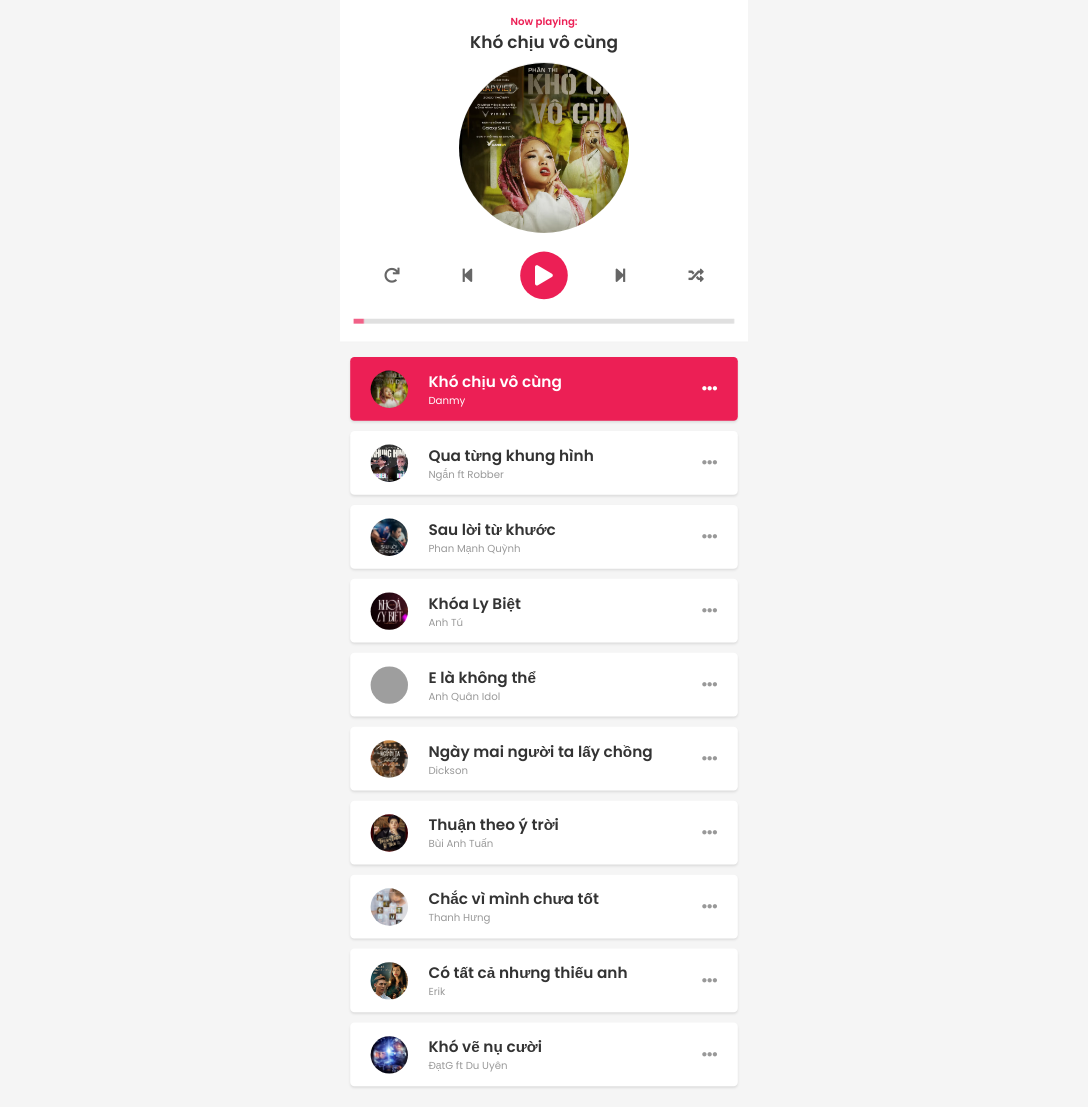
Repository: vothanhdiennn/music-player
Page: index.html
The author's editor kept a copy of each file at every save. The page is drawn from the files as they stood at one save, then again after the next save.
The browser window is 1280 px wide. The pictures show the whole page, at 85% of full size.
Pictures or frames that could not be fetched are drawn as grey boxes.

Above is the page before, as saved 2024-12-05 22:41:03.

### index.html
<!DOCTYPE html>
<html lang="en">
  <head>
    <meta charset="UTF-8" />
    <meta name="viewport" content="width=device-width, initial-scale=1.0" />
    <title>Music Player</title>
    <link rel="stylesheet" href="./assets/css/main.css" />
    <link
      rel="stylesheet"
      href="https://cdnjs.cloudflare.com/ajax/libs/font-awesome/5.15.2/css/all.min.css"
      integrity="sha512-HK5fgLBL+xu6dm/Ii3z4xhlSUyZgTT9tuc/hSrtw6uzJOvgRr2a9jyxxT1ely+B+xFAmJKVSTbpM/CuL7qxO8w=="
      crossorigin="anonymous"
    />
    <link rel="preconnect" href="https://fonts.gstatic.com" />
    <link
      href="https://fonts.googleapis.com/css2?family=Poppins:wght@300;400;600&display=swap"
      rel="stylesheet"
    />
  </head>
  <body>
    <div class="player">
      <!-- Dashboard -->
      <div class="dashboard">
        <!-- Header -->
        <header>
          <h4>Now playing:</h4>
          <h2>String 57th & 9th</h2>
        </header>

        <!-- CD -->
        <div class="cd">
          <div
            class="cd-thumb"
            style="
              background-image: url('https://i.ytimg.com/vi/jTLhQf5KJSc/maxresdefault.jpg');
            "
          ></div>
        </div>

        <!-- Control -->
        <div class="control">
          <div class="btn btn-repeat">
            <i class="fas fa-redo"></i>
          </div>
          <div class="btn btn-prev">
            <i class="fas fa-step-backward"></i>
          </div>
          <div class="btn btn-toggle-play">
            <i class="fas fa-pause icon-pause"></i>
            <i class="fas fa-play icon-play"></i>
          </div>
          <div class="btn btn-next">
            <i class="fas fa-step-forward"></i>
          </div>
          <div class="btn btn-random">
            <i class="fas fa-random"></i>
          </div>
        </div>

        <input
          id="progress"
          class="progress"
          type="range"
          value="0"
          step="1"
          min="0"
          max="100"
        />

        <audio id="audio" src=""></audio>
      </div>

      <!-- Playlist -->
      <div class="playlist"></div>
    </div>

    <!-- Design from: https://static.collectui.com/shots/3671744/musicloud-revolutionary-app-for-music-streaming-large -->

    <script src="./assets/js/app.js"></script>
  </body>
</html>

### assets/css/main.css
:root {
  --primary-color: #ec1f55;
  --text-color: #333;
}

* {
  padding: 0;
  margin: 0;
  box-sizing: inherit;
}

body {
  background-color: #f5f5f5;
}

html {
  box-sizing: border-box;
  font-family: "Poppins", sans-serif;
}

.player {
  position: relative;
  max-width: 480px;
  margin: 0 auto;
}

.player .icon-pause {
  display: none;
}

.player.playing .icon-pause {
  display: inline-block;
}

.player.playing .icon-play {
  display: none;
}

.dashboard {
  padding: 16px 16px 14px;
  background-color: #fff;
  position: fixed;
  top: 0;
  width: 100%;
  max-width: 480px;
  border-bottom: 1px solid #ebebeb;
}

/* HEADER */
header {
  text-align: center;
  margin-bottom: 10px;
}

header h4 {
  color: var(--primary-color);
  font-size: 12px;
}

header h2 {
  color: var(--text-color);
  font-size: 20px;
}

/* CD */
.cd {
  display: flex;
  margin: auto;
  width: 200px;
}

.cd-thumb {
  width: 100%;
  padding-top: 100%;
  border-radius: 50%;
  background-color: #333;
  background-size: cover;
  margin: auto;
}

/* CONTROL */
.control {
  display: flex;
  align-items: center;
  justify-content: space-around;
  padding: 18px 0 8px 0;
}

.control .btn {
  color: #666;
  padding: 18px;
  font-size: 18px;
}

.control .btn.active {
  color: var(--primary-color);
}

.control .btn-toggle-play {
  width: 56px;
  height: 56px;
  border-radius: 50%;
  font-size: 24px;
  color: #fff;
  display: flex;
  align-items: center;
  justify-content: center;
  background-color: var(--primary-color);
}

.progress {
  width: 100%;
  -webkit-appearance: none;
  height: 6px;
  background: #d3d3d3;
  outline: none;
  opacity: 0.7;
  -webkit-transition: 0.2s;
  transition: opacity 0.2s;
}

.progress::-webkit-slider-thumb {
  -webkit-appearance: none;
  appearance: none;
  width: 12px;
  height: 6px;
  background-color: var(--primary-color);
  cursor: pointer;
}

/* PLAYLIST */
.playlist {
  margin-top: 408px;
  padding: 12px;
}

.song {
  display: flex;
  align-items: center;
  margin-bottom: 12px;
  background-color: #fff;
  padding: 8px 16px;
  border-radius: 5px;
  box-shadow: 0 2px 3px rgba(0, 0, 0, 0.1);
}

.song.active {
  background-color: var(--primary-color);
}

.song:active {
  opacity: 0.8;
}

.song.active .option,
.song.active .author,
.song.active .title {
  color: #fff;
}

.song .thumb {
  width: 44px;
  height: 44px;
  border-radius: 50%;
  background-size: cover;
  margin: 0 8px;
}

.song .body {
  flex: 1;
  padding: 0 16px;
}

.song .title {
  font-size: 18px;
  color: var(--text-color);
}

.song .author {
  font-size: 12px;
  color: #999;
}

.song .option {
  padding: 16px 8px;
  color: #999;
  font-size: 18px;
}

### assets/js/app.js
/**
 * render songs
 * scroll top
 * play / pause / seek
 * cd rotate
 * next / prev
 * random
 * next / repeat when ended
 * active songs
 * scroll active song into view
 * play song when click
 */

const $ = document.querySelector.bind(document);
const $$ = document.querySelectorAll.bind(document);

const PLAYER_STORAGE_KEY = "THANH_DIEN_PLAYER";

const playlist = $(".playlist");

const cd = $(".cd");

const player = $(".player");

const heading = $("header h2");
const cdThumb = $(".cd-thumb");
const audio = $("#audio");

const playBtn = $(".btn-toggle-play");
const progress = $("#progress");

const nextBtn = $(".btn-next");
const prevBtn = $(".btn-prev");
const randomBtn = $(".btn-random");
const repeatBtn = $(".btn-repeat");

const app = {
  currentIndex: 0,
  isPlaying: false,
  isRandom: false,
  isRepeat: false,

  settings: JSON.parse(localStorage.getItem(PLAYER_STORAGE_KEY)) || {},

  songs: [
    {
      name: "Khó chịu vô cùng",
      singer: "Danmy",
      path: "/assets/music/song1.mp3",
      image: "/assets/img/img1.png",
    },
    {
      name: "Qua từng khung hình",
      singer: "Ngắn ft Robber",
      path: "/assets/music/song2.mp3",
      image: "/assets/img/img2.png",
    },
    {
      name: "Sau lời từ khước",
      singer: "Phan Mạnh Quỳnh",
      path: "/assets/music/song3.mp3",
      image: "/assets/img/img3.jpg",
    },
    {
      name: "Khóa Ly Biệt",
      singer: "Anh Tú",
      path: "/assets/music/song4.mp3",
      image: "/assets/img/img4.jpg",
    },
    {
      name: "E là không thể",
      singer: "Anh Quân Idol",
      path: "/assets/music/song5.mp3",
      image: "/assets/img/img5.jpg",
    },
    {
      name: "Ngày mai người ta lấy chồng",
      singer: "Dickson",
      path: "/assets/music/song6.mp3",
      image: "/assets/img/img6.jpg",
    },
    {
      name: "Thuận theo ý trời",
      singer: "Bùi Anh Tuấn",
      path: "/assets/music/song7.mp3",
      image: "/assets/img/img7.jpg",
    },
    {
      name: "Chắc vì mình chưa tốt",
      singer: " Thanh Hưng",
      path: "/assets/music/song8.mp3",
      image: "/assets/img/img8.jpg",
    },
    {
      name: "Có tất cả nhưng thiếu anh",
      singer: "Erik",
      path: "/assets/music/song9.mp3",
      image: "/assets/img/img9.jpg",
    },
    {
      name: "Khó vẽ nụ cười",
      singer: "ĐạtG ft Du Uyên",
      path: "/assets/music/song10.mp3",
      image: "/assets/img/img10.jpg",
    },
  ],

  render: function () {
    const htmls = this.songs.map((song, index) => {
      return `
      <div class="song ${
        index === this.currentIndex ? "active" : ""
      }" data-index="${index}">
          <div
            class="thumb"
            style="background-image: url('${song.image}')">
          </div>
          <div class="body">
            <h3 class="title">${song.name}</h3>
            <p class="author">${song.singer}</p>
          </div>
          <div class="option">
            <i class="fas fa-ellipsis-h"></i>
          </div>
        </div>
      `;
    });
    playlist.innerHTML = htmls.join("");
  },

  defineProperties: function () {
    Object.defineProperty(this, "currentSong", {
      get: function () {
        return this.songs[this.currentIndex];
      },
    });
  },

  handleEvents: function () {
    const _this = this;
    const cdWidth = cd.offsetWidth;

    // rotate cd
    const cdThumbAnimate = cdThumb.animate([{ transform: "rotate(360deg)" }], {
      duration: 15000,
      iterations: Infinity,
    });
    cdThumbAnimate.pause();

    // xử lý phóng to / thu nhỏ cd
    document.onscroll = function () {
      const scrollTop = document.documentElement.scrollTop || window.scrollY;
      const newCdWidth = cdWidth - scrollTop;

      cd.style.width = newCdWidth > 0 ? newCdWidth + "px" : 0;
      cd.style.opacity = newCdWidth / cdWidth;
    };

    // xử lý khi click play
    playBtn.onclick = function () {
      if (_this.isPlaying) {
        audio.pause();
      } else {
        audio.play();
      }
    };

    // khi bài hát play
    audio.onplay = function () {
      _this.isPlaying = true;
      player.classList.add("playing");
      cdThumbAnimate.play();
    };

    // khi bài hát pause
    audio.onpause = function () {
      _this.isPlaying = false;
      player.classList.remove("playing");
      cdThumbAnimate.pause();
    };

    // khi tiến độ bài hát thay đổi
    audio.ontimeupdate = function () {
      if (audio.duration) {
        const progressPercent = Math.floor(
          (audio.currentTime / audio.duration) * 100
        );
        progress.value = progressPercent;
      }
    };
    // xử lý khi tua
    progress.onchange = function (e) {
      const seekTime = (e.target.value * audio.duration) / 100;
      audio.currentTime = seekTime;
    };

    // next bài hát
    nextBtn.onclick = function () {
      if (_this.isRandom) {
        _this.playRandomSong();
      } else {
        _this.nextSong();
      }
      audio.play();
      _this.render();
      _this.scrollToActiveSong();
    };

    // prev bài hát
    prevBtn.onclick = function () {
      if (_this.isRandom) {
        _this.playRandomSong();
      } else {
        _this.prevSong();
      }
      audio.play();
      _this.render();
      _this.scrollToActiveSong();
    };

    // xử lý bật / tắt random bài hát
    randomBtn.onclick = function (e) {
      _this.isRandom = !_this.isRandom;
      randomBtn.classList.toggle("active", _this.isRandom);
    };

    // xử lý lặp lại bài hát
    repeatBtn.onclick = function (e) {
      _this.isRepeat = !_this.isRepeat;
      repeatBtn.classList.toggle("active", _this.isRepeat);
    };

    // xử lý next song khi kết thúc bài hát
    audio.onended = function () {
      if (_this.isRepeat) {
        audio.play();
      } else {
        nextBtn.click();
      }
    };

    // lắng nghe hành vi click vào playlist
    playlist.onclick = function (e) {
      const songNode = e.target.closest(".song:not(.active)");

      if (songNode || e.target.closest(".option")) {
        // xử lý khi click vào song
        if (songNode) {
          _this.currentIndex = Number(songNode.dataset.index);
          _this.loadCurrentSong();
          _this.render();
          audio.play();
        }

        // xử lý khi click vào song option
        if (e.target.closest(".option")) {
        }
      }
    };
  },

  scrollToActiveSong: function () {
    setTimeout(() => {
      $(".song.active").scrollIntoView({
        behavior: "smooth",
        block: "nearest",
      });
    }, 300);
  },

  loadCurrentSong: function () {
    heading.textContent = this.currentSong.name;
    cdThumb.style.backgroundImage = `url('${this.currentSong.image}')`;
    audio.src = this.currentSong.path;
  },

  nextSong: function () {
    this.currentIndex++;
    if (this.currentIndex >= this.songs.length) {
      app.currentIndex = 0;
    }
    this.loadCurrentSong();
  },
  prevSong: function () {
    this.currentIndex--;
    if (this.currentIndex < 0) {
      app.currentIndex = this.songs.length - 1;
    }
    this.loadCurrentSong();
  },
  playRandomSong: function () {
    let newIndex;
    do {
      newIndex = Math.floor(Math.random() * this.songs.length);
    } while (newIndex === this.currentIndex);

    this.currentIndex = newIndex;
    this.loadCurrentSong();
  },

  start: function () {
    // định nghĩa các thuộc tính cho Object
    this.defineProperties();

    // lắng nghe và xử lý các sự kiện (DOM events)
    this.handleEvents();

    // tải thông tin bài hát đầu tiên vào UI khi chạy ứng dụng
    this.loadCurrentSong();

    // render playlist
    this.render();
  },
};
app.start();

After the next save:
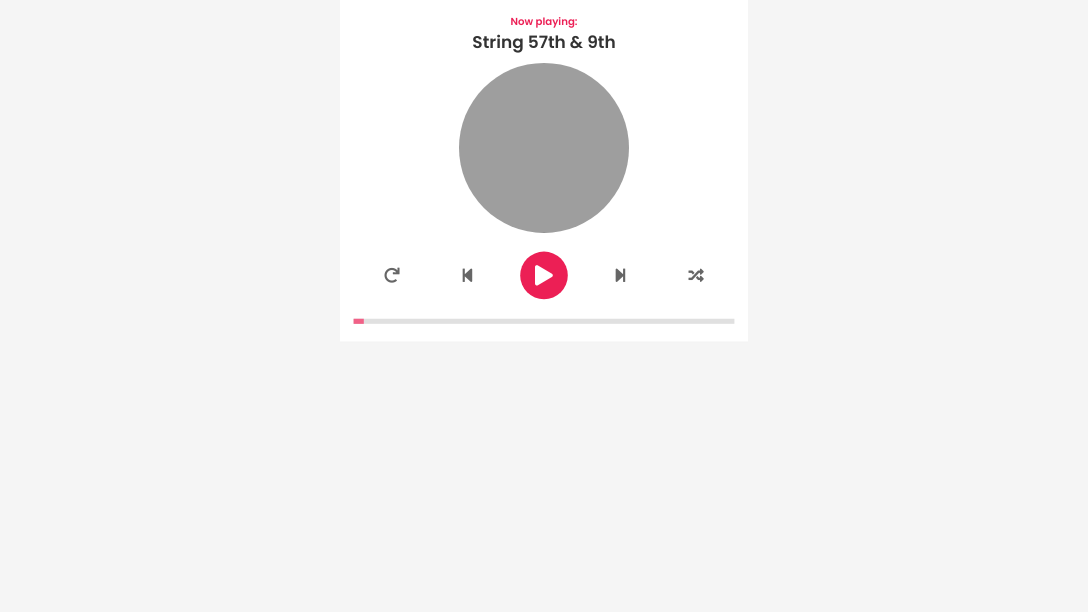
Console error: SyntaxError: Unexpected identifier 'render'
Saved 2 min 41 s later.
--- a/assets/js/app.js
+++ b/assets/js/app.js
@@ -40,7 +40,7 @@
   isRandom: false,
   isRepeat: false,
 
-  settings: JSON.parse(localStorage.getItem(PLAYER_STORAGE_KEY)) || {},
+  config: JSON.parse(localStorage.getItem(PLAYER_STORAGE_KEY)) || {},
 
   songs: [
     {
@@ -104,6 +104,11 @@
       image: "/assets/img/img10.jpg",
     },
   ],
+
+  setConfig: function(key, value) {
+    this.config[key] = value;
+    localStorage.setItem(PLAYER_STORAGE_KEY, this.config)
+  }
 
   render: function () {
     const htmls = this.songs.map((song, index) => {

After the save that followed:
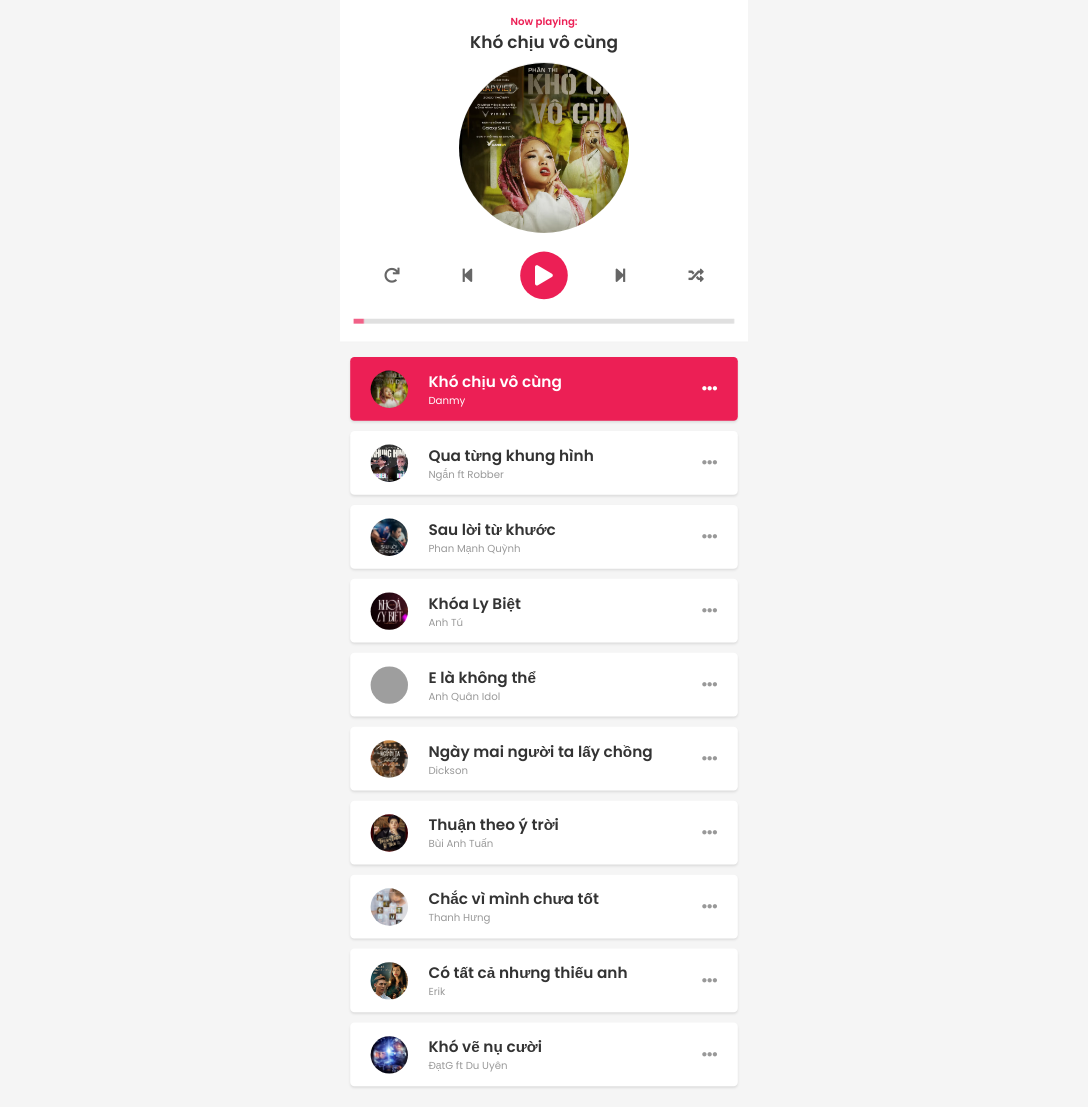
The error is gone.
Saved 5 s later.
--- a/assets/js/app.js
+++ b/assets/js/app.js
@@ -105,10 +105,10 @@
     },
   ],
 
-  setConfig: function(key, value) {
+  setConfig: function (key, value) {
     this.config[key] = value;
-    localStorage.setItem(PLAYER_STORAGE_KEY, this.config)
-  }
+    localStorage.setItem(PLAYER_STORAGE_KEY, this.config);
+  },
 
   render: function () {
     const htmls = this.songs.map((song, index) => {
